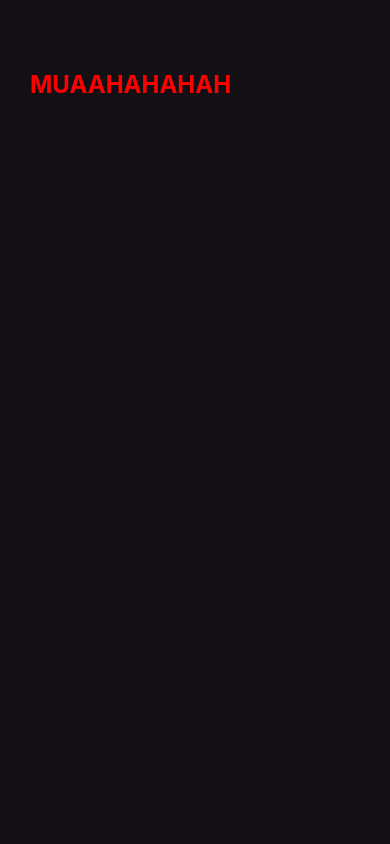
Repository: vagnereix/01-myskills-trilha-react-native
Screen: /
These files come from the project's save history. The screen is drawn as it stood at one moment and after the next save; the edit follows.
The app was drawn by React Native's web renderer in a window 390 px wide. The project was rebuilt for these pictures with package versions that can differ from the ones it lists, and the page was loaded fresh each time.

Above is the screen before, as saved 2021-06-17 17:15:05.

After the next save:
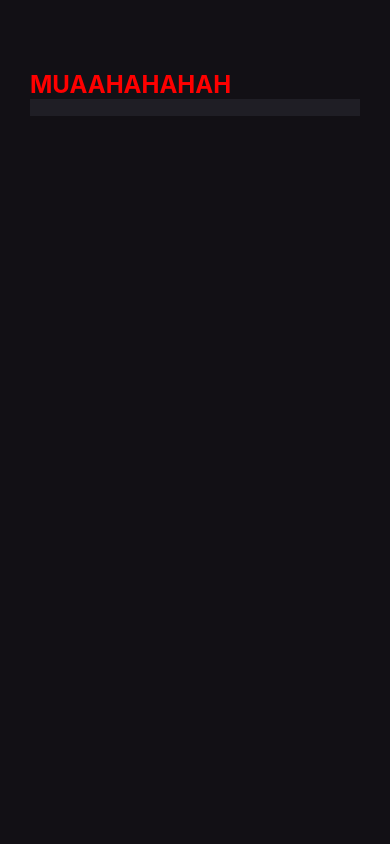
Saved 87 s later.
--- a/pages/home.tsx
+++ b/pages/home.tsx
@@ -6,7 +6,7 @@ export function Home() {
       <View style={styles.container}>
         <Text style={styles.title}>MUAAHAHAHAH</Text>
 
-        <TextInput />
+        <TextInput style={styles.input} />
       </View>
     );
 }
@@ -22,5 +22,8 @@ const styles = StyleSheet.create({
         color: 'red',
         fontWeight: 'bold',
         fontSize: 24,
+    },
+    input: {
+        backgroundColor: '#1f1e25'
     }
 })
